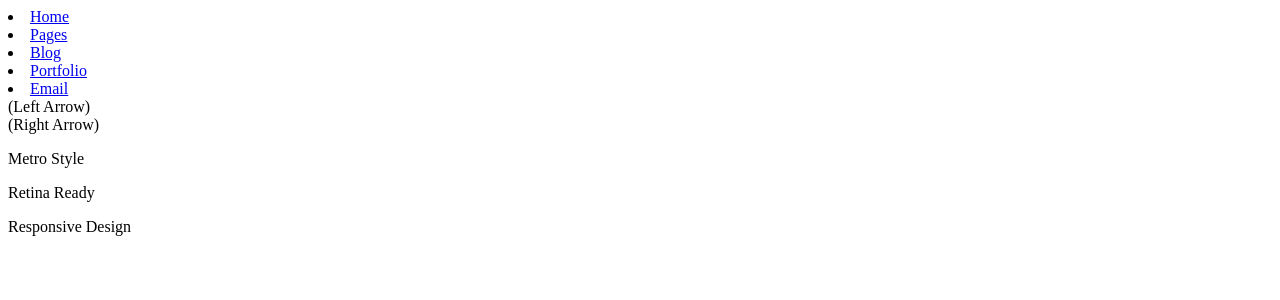
Repository: VernaMak/MDIA2003C-Project-1
Page: index.html
The author's editor kept a copy of each file at every save. The page is drawn from the files as they stood at one save, then again after the next save.
The browser window is 1280 px wide. The pictures show the whole page.

Above is the page before, as saved 2022-01-25 21:03:56.

After the next save:
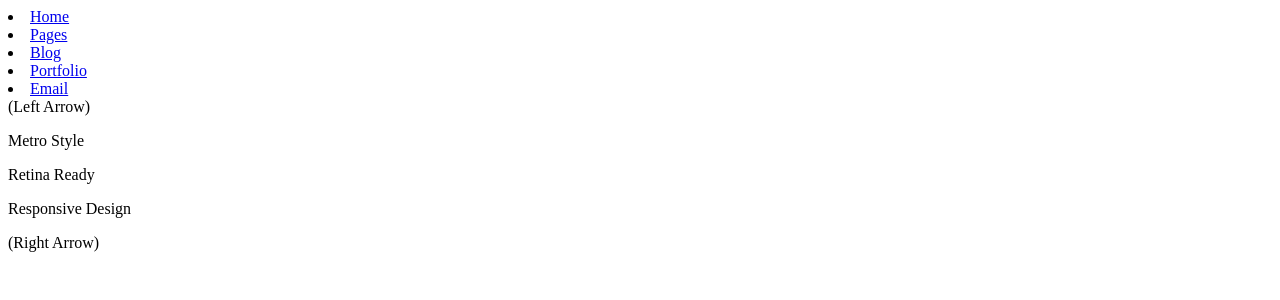
Saved 23 s later.
--- a/index.html
+++ b/index.html
@@ -18,7 +18,7 @@
 
     <div class="banner">
         <div class="arrow-left">(Left Arrow)</div>
-        <div class="aroow-right">(Right Arrow)</div>
+
         <div class="bannerbox">
             <div class="bannerbox-blue">
                 <p class="bannerbox-text">Metro Style</p>
@@ -31,6 +31,8 @@
             <div class="bannerbox-yellow">
                 <p class="bannerbox-text">Responsive Design</p>
             </div>
+
+        <div class="aroow-right">(Right Arrow)</div>
         </div>
 
 
